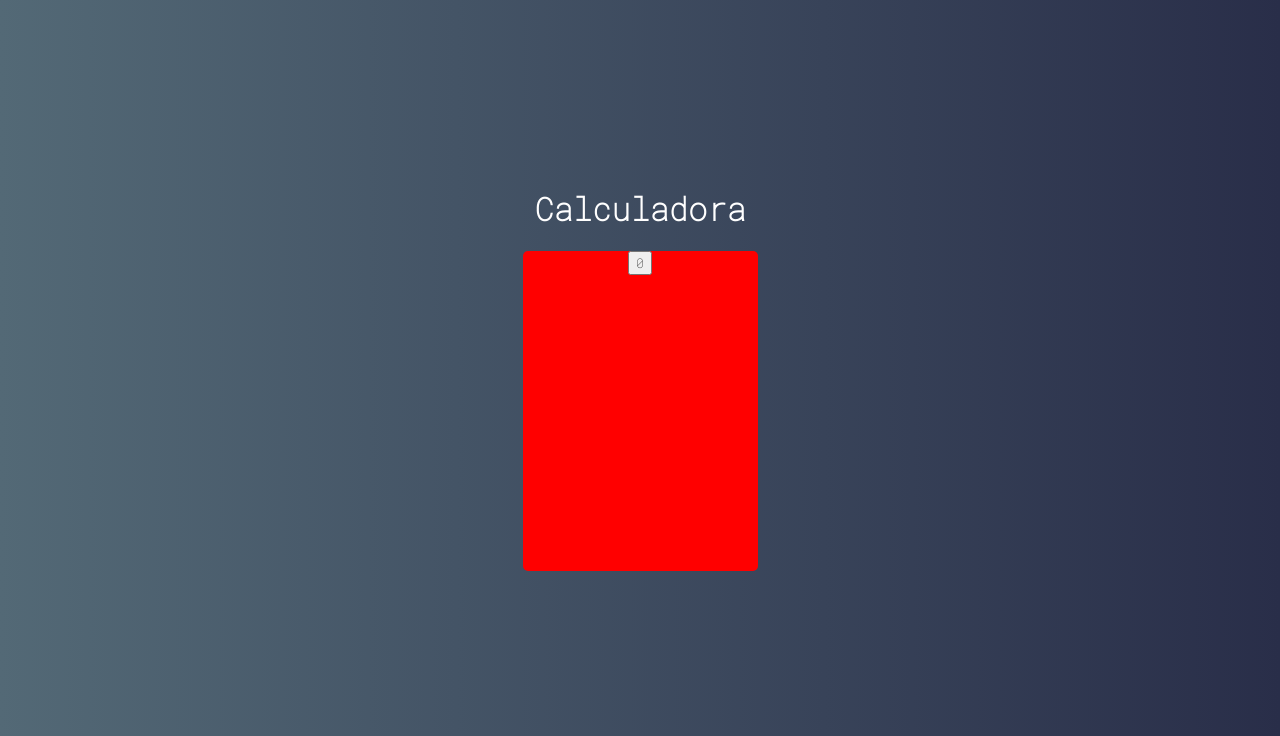
Repository: jean-siqueira/react-calculadora
Page: /
These files come from the project's save history. The page is drawn as it stood at one moment and after the next save; the edit follows.
The browser window is 1280 px wide. The pictures show the whole page.
The project was rebuilt for these pictures with package versions that can differ from the ones it lists, and the page was loaded fresh each time. Also part of the build but not shown: src/components/Button.css.

Above is the page before, as saved 2023-03-25 12:13:27.

### src/index.js
import React from "react";
import ReactDOM from "react-dom/client";
import "./index.css";
import Calculator from "./main/Calculator";
import reportWebVitals from "./reportWebVitals";

const root = ReactDOM.createRoot(document.getElementById("root"));
root.render(
  <React.StrictMode>
    <div>
      <h1>Calculadora</h1>
      <Calculator />
    </div>
  </React.StrictMode>
);

// If you want to start measuring performance in your app, pass a function
// to log results (for example: reportWebVitals(console.log))
// or send to an analytics endpoint. Learn more: https://bit.ly/CRA-vitals
reportWebVitals();

### src/index.css
@font-face {
  font-family: 'RobotoMono';
  src: url('./fonts/RobotoMono-Thin.ttf');
}

* {
  font-family: 'RobotoMono', monospace;
}

body {
  display: flex;
  height: 100vh;
  justify-content: center;
  align-items: center;
  text-align: center;
  color: #fff;
  background: linear-gradient(to right, rgb(83, 105, 118), rgb(41, 46, 73));
}

### src/main/Calculator.jsx
import React, {Component} from "react";
import './Calculator.css'
import Button from "../components/Button";

export default class Calculator extends Component {

    render() {
        return (
            <div className="calculator">
                <Button />
            </div>
        )
    }

}

### src/components/Button.jsx
import React from "react";
import './Button.css'

export default props =>
    <button className="button">0</button>

Loaded but not shown: public/index.html (common file); src/reportWebVitals.js (common file); src/main/Calculator.css (common file)

After the next save:
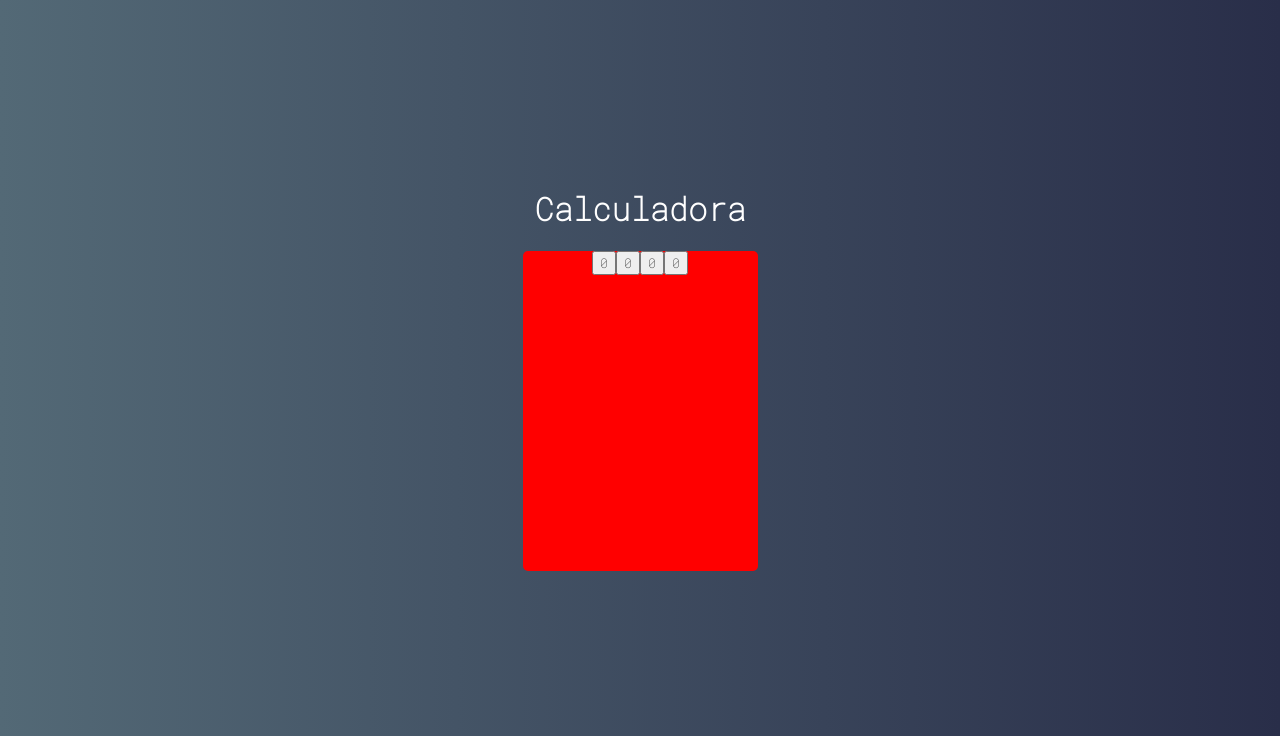
Saved 9 s later.
--- a/src/main/Calculator.jsx
+++ b/src/main/Calculator.jsx
@@ -8,6 +8,9 @@ export default class Calculator extends Component {
         return (
             <div className="calculator">
                 <Button />
+                <Button />
+                <Button />
+                <Button />
             </div>
         )
     }
